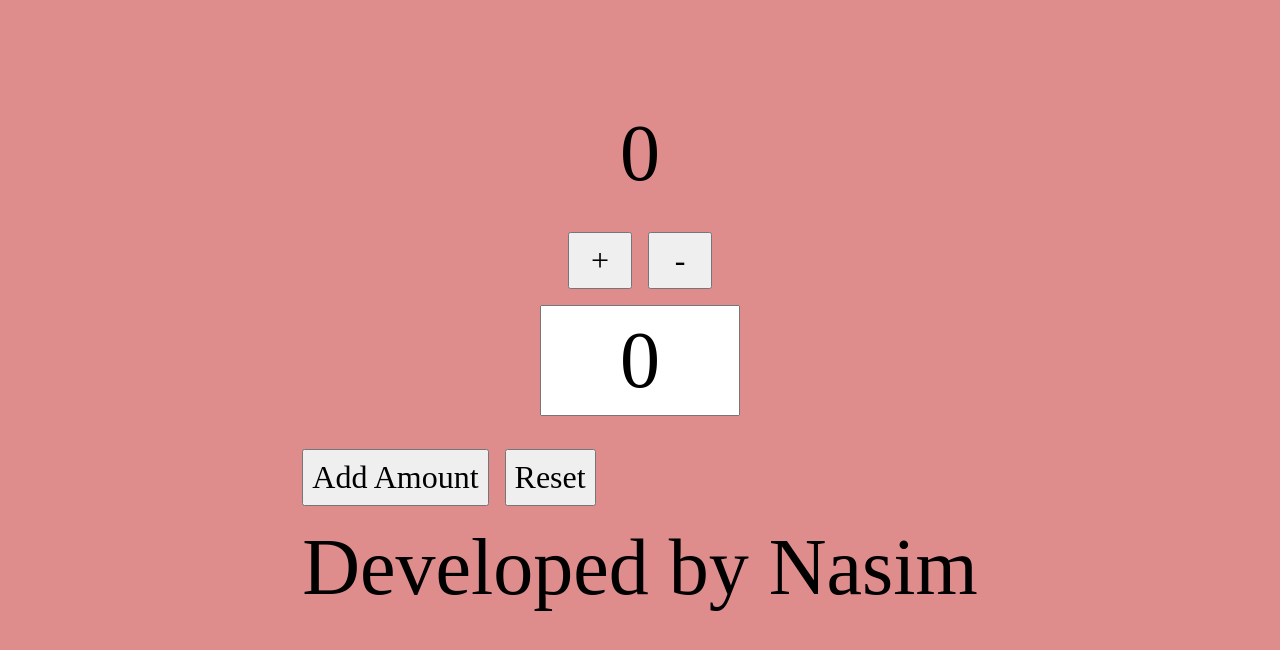
Repository: nasimqureshi/counter-in-redux
Page: /
The author's editor kept a copy of each file at every save. The page is drawn from the files as they stood at one save, then again after the next save.
The browser window is 1280 px wide. The pictures show the whole page.
The project was rebuilt for these pictures with package versions that can differ from the ones it lists, and the page was loaded fresh each time.

Above is the page before, as saved 2024-10-16 23:38:28.

After the next save:
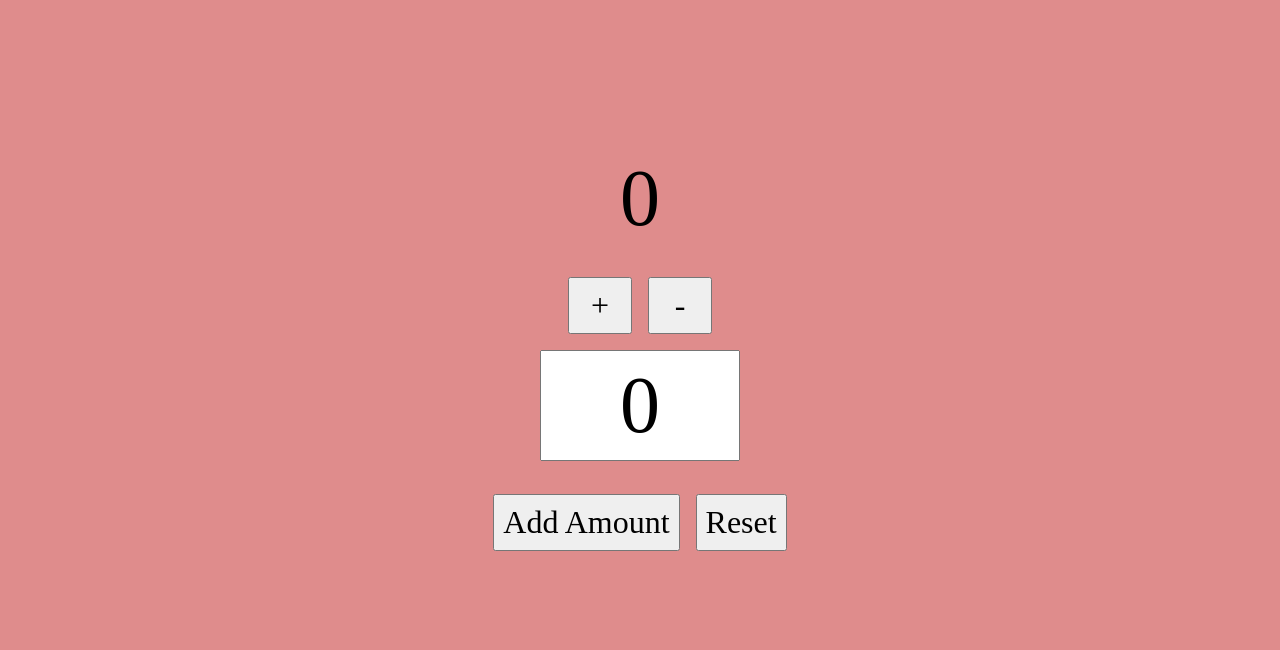
Saved 9 s later.
--- a/src/features/counter/Counter.js
+++ b/src/features/counter/Counter.js
@@ -39,7 +39,7 @@ const Counter = () => {
                 <button onClick={resetAll}>Reset</button>
 
 
-                <p>Developed by Nasim</p>
+
             </div>
         </section>
     )
